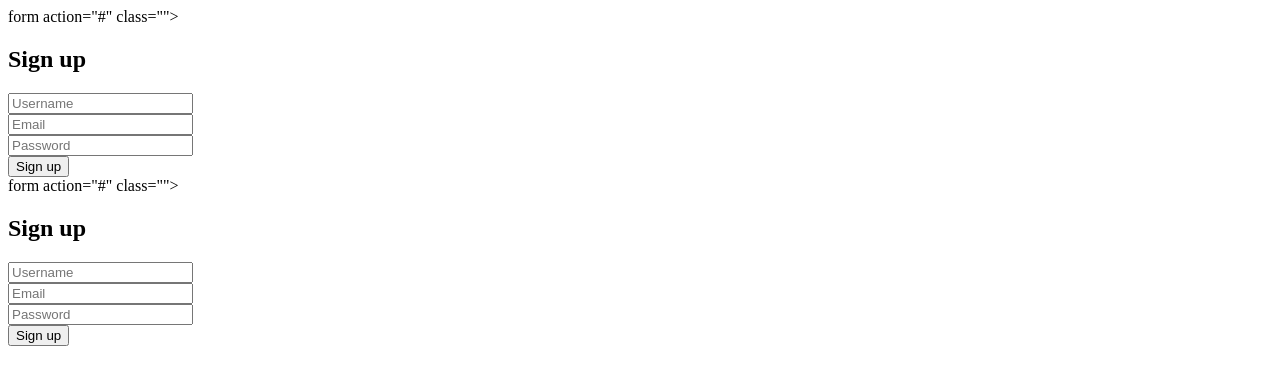
Repository: sarfaraz1611/NitteMovie.github.io
Page: regis.html
The author's editor kept a copy of each file at every save. The page is drawn from the files as they stood at one save, then again after the next save.
The browser window is 1280 px wide. The pictures show the whole page.

Above is the page before, as saved 2022-07-15 23:50:54.

### regis.html
<!DOCTYPE html>
<html lang="en">
<head>
    <meta charset="UTF-8">
    <meta http-equiv="X-UA-Compatible" content="IE=edge">
    <meta name="viewport" content="width=
    , initial-scale=1.0">
    <title>Document</title>
</head>
<body>
    <div class="container">
        <div class="left">
            form action="#" class="">
            <h2 class="title">Sign up</h2>
            <div class="input-field">
                <i class="fas fa-user"></i>
                <input type="text" placeholder="Username" />
            </div>
            <div class="input-field">
                <i class="fas fa-envelope"></i>
                <input type="email" placeholder="Email" />
            </div>
            <div class="input-field">
                <i class="fas fa-lock"></i>
                <input type="password" placeholder="Password" />
            </div>
            <input type="submit" class="btn" value="Sign up" />

        </form>
        </div>
        <div class="right">
            form action="#" class="">
            <h2 class="title">Sign up</h2>
            <div class="input-field">
                <i class="fas fa-user"></i>
                <input type="text" placeholder="Username" />
            </div>
            <div class="input-field">
                <i class="fas fa-envelope"></i>
                <input type="email" placeholder="Email" />
            </div>
            <div class="input-field">
                <i class="fas fa-lock"></i>
                <input type="password" placeholder="Password" />
            </div>
            <input type="submit" class="btn" value="Sign up" />

        </form>
        </div>
    </div>

</body>
</html>

After the next save:
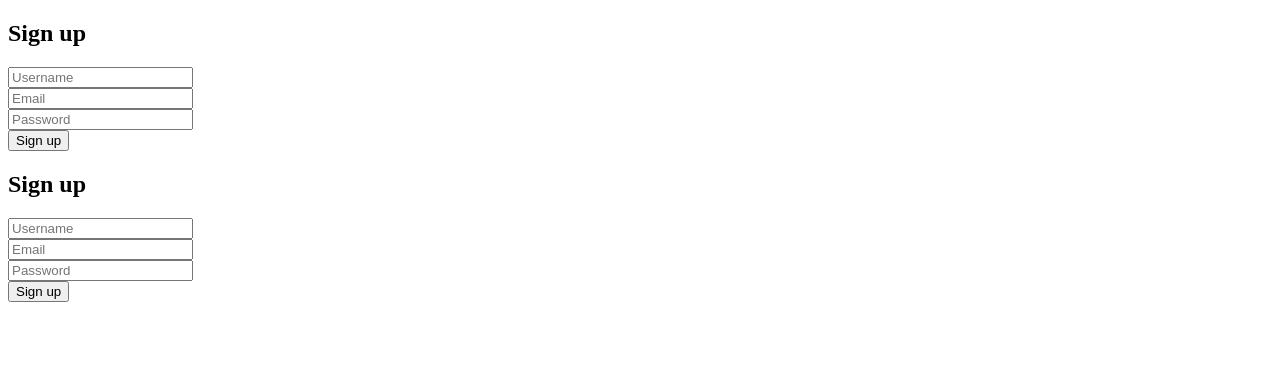
Saved 11 s later.
--- a/regis.html
+++ b/regis.html
@@ -10,7 +10,7 @@
 <body>
     <div class="container">
         <div class="left">
-            form action="#" class="">
+            <form action="#" class="">
             <h2 class="title">Sign up</h2>
             <div class="input-field">
                 <i class="fas fa-user"></i>
@@ -29,7 +29,8 @@
         </form>
         </div>
         <div class="right">
-            form action="#" class="">
+
+            <form action="#" class="">
             <h2 class="title">Sign up</h2>
             <div class="input-field">
                 <i class="fas fa-user"></i>
